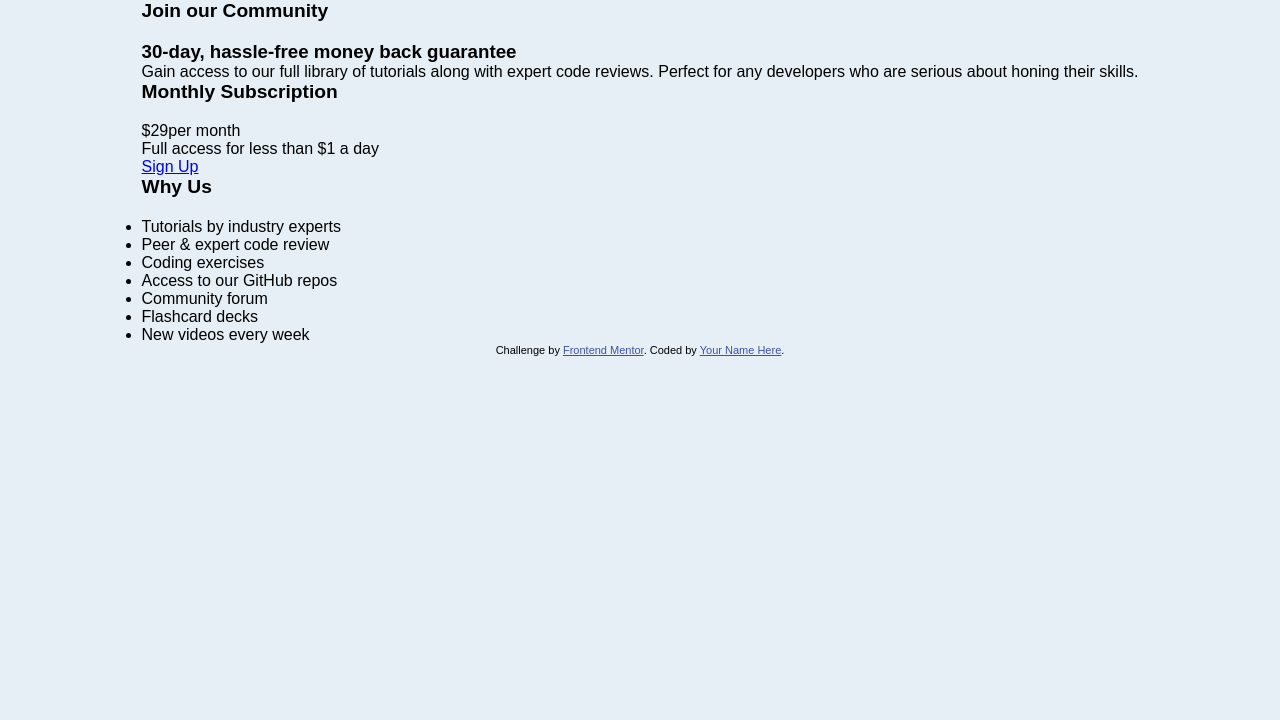
Repository: OmniaRafat232111121/single-price-grid-component-master
Page: index.html
The author's editor kept a copy of each file at every save. The page is drawn from the files as they stood at one save, then again after the next save.
The browser window is 1280 px wide. The pictures show the whole page.

Above is the page before, as saved 2022-06-28 00:16:38.

After the next save:
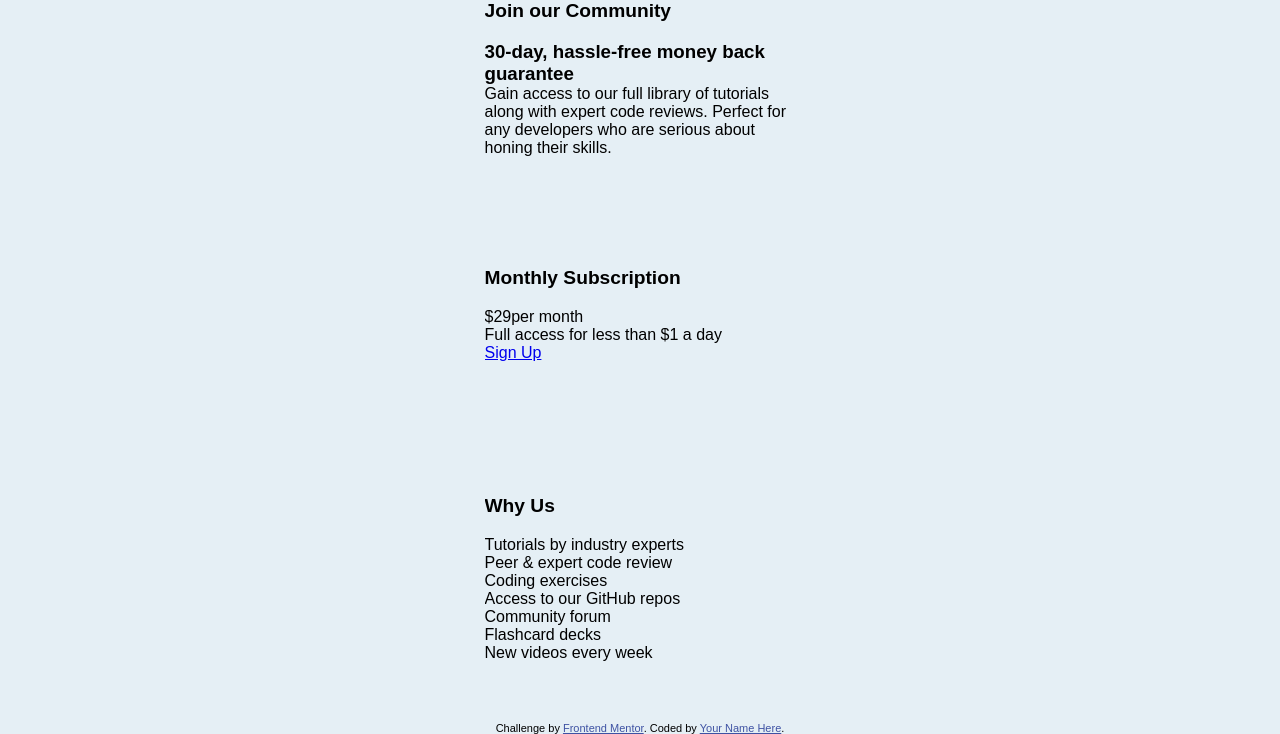
Saved 8 s later.
--- a/style.css
+++ b/style.css
@@ -31,5 +31,12 @@ body {
   }
 .card{
     display:grid;
-
+    grid-template-columns: 19.4375rem;
+  grid-template-rows: 267px 228px 227px;
+  grid-template-areas:  "white"
+                        "darkcyan"
+                        "lightcyan";
+  max-width: 720px;
+  border-radius: 6px;
+  overflow: hidden;
 }
